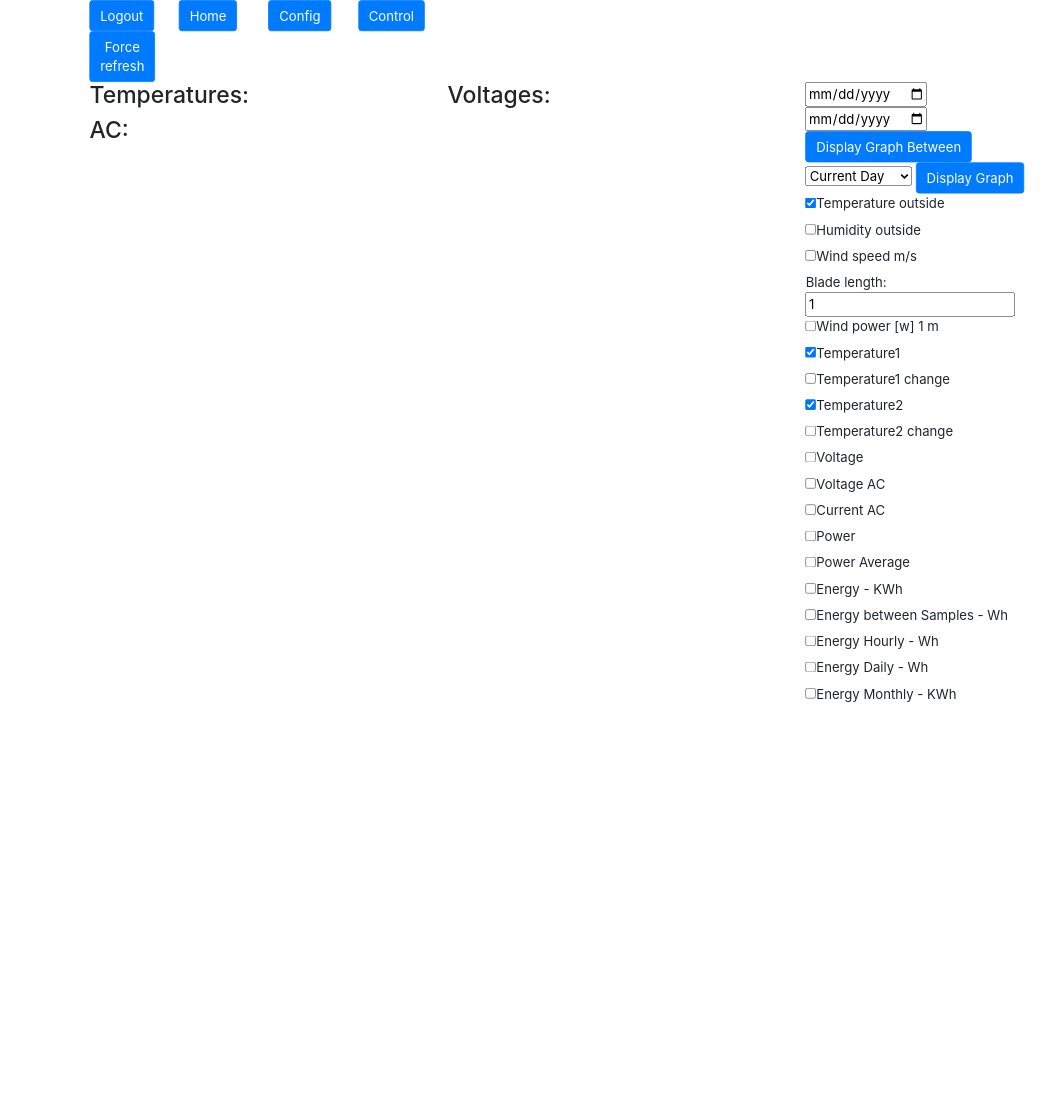
Repository: duicul/flaskRaspberryApp
Page: flask_pydev/templates/home_measure.html
These files come from the project's save history. The page is drawn as it stood at one moment and after the next save; the edit follows.
The browser window is 1280 px wide. The page is 1295 px wide, so the pictures cover 1295 px, including what lies to the right of the window. The pictures show the whole page, at 82% of full size.
The page's requests for data from a server got no answer.

Above is the page before, as saved 2021-06-24 13:07:54.

After the next save:
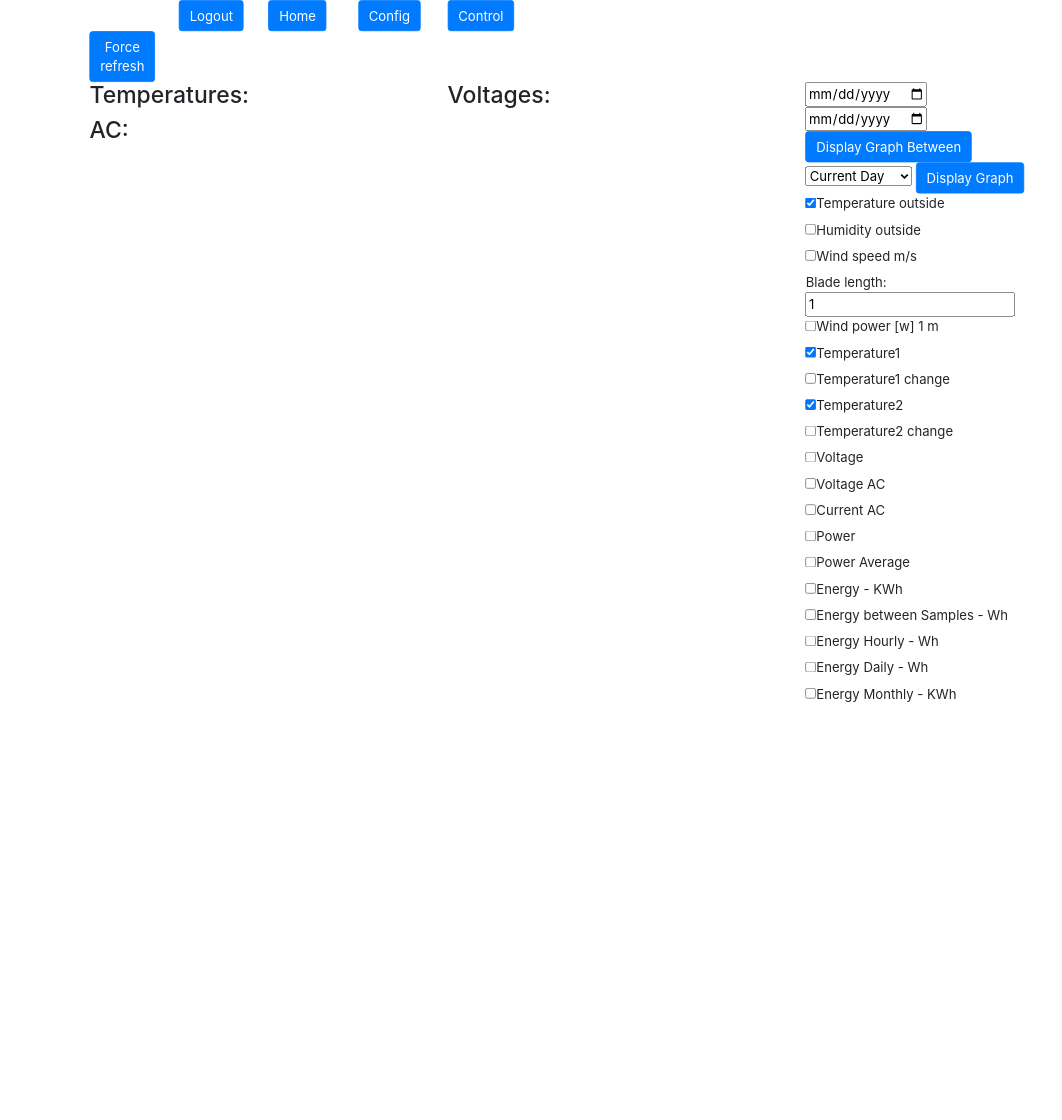
Saved 35 s later.
--- a/flask_pydev/templates/home_measure.html
+++ b/flask_pydev/templates/home_measure.html
@@ -23,7 +23,7 @@ background-color:rgb(100,120,180);
 <body onload="init();">
 
 <div class="row banner">
-    <div class="col-md-1">
+    <div class="col-md-2">
 
     </div>
     <div class="col-md-1">
@@ -38,7 +38,7 @@ background-color:rgb(100,120,180);
     <div class="col-md-1">
         <a class="btn btn-primary" href="/home_station/control">Control</a>
     </div>
-    <div class="col-md-7" >
+    <div class="col-md-6" >
     </div>
 </div>
 
